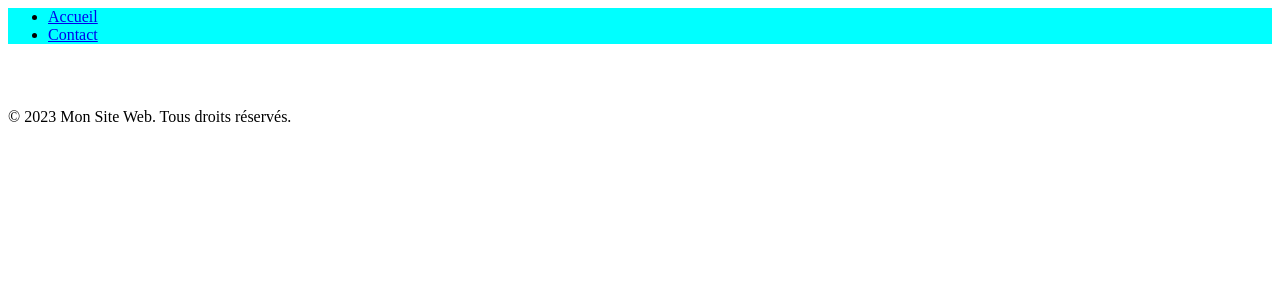
Repository: mardocheengoran/prepa-website
Page: index.html
These files come from the project's save history. The page is drawn as it stood at one moment and after the next save; the edit follows.
The browser window is 1280 px wide. The pictures show the whole page.

Above is the page before, as saved 2025-03-19 03:22:52.

After the next save:
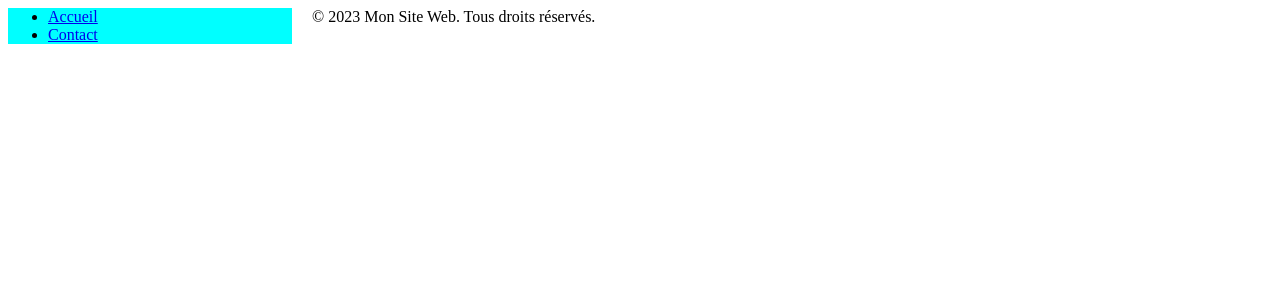
Saved 9 s later.
--- a/css/style.css
+++ b/css/style.css
@@ -6,9 +6,3 @@
     background-color: black;
     color: white;
 }
-
-iframe {
-    width: 100%;
-    height: 100px;
-    display: block;
-}

After the save that followed:
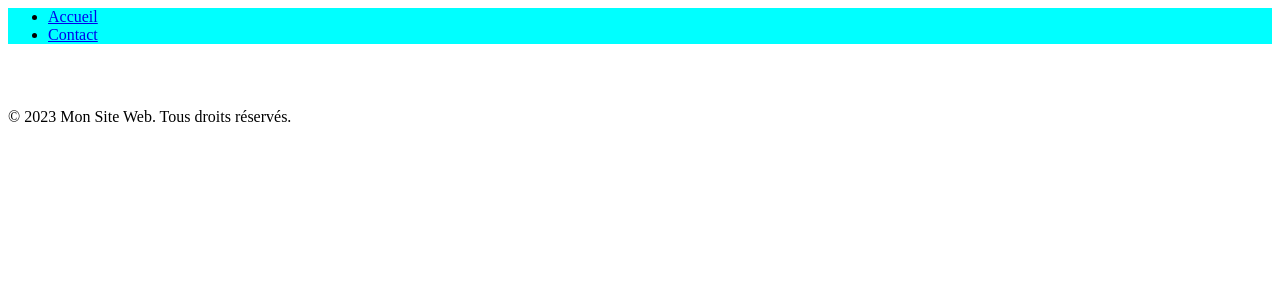
Saved 4 s later.
--- a/css/style.css
+++ b/css/style.css
@@ -6,3 +6,9 @@
     background-color: black;
     color: white;
 }
+
+iframe {
+    width: 100%;
+    height: 100px;
+    display: block;
+}
